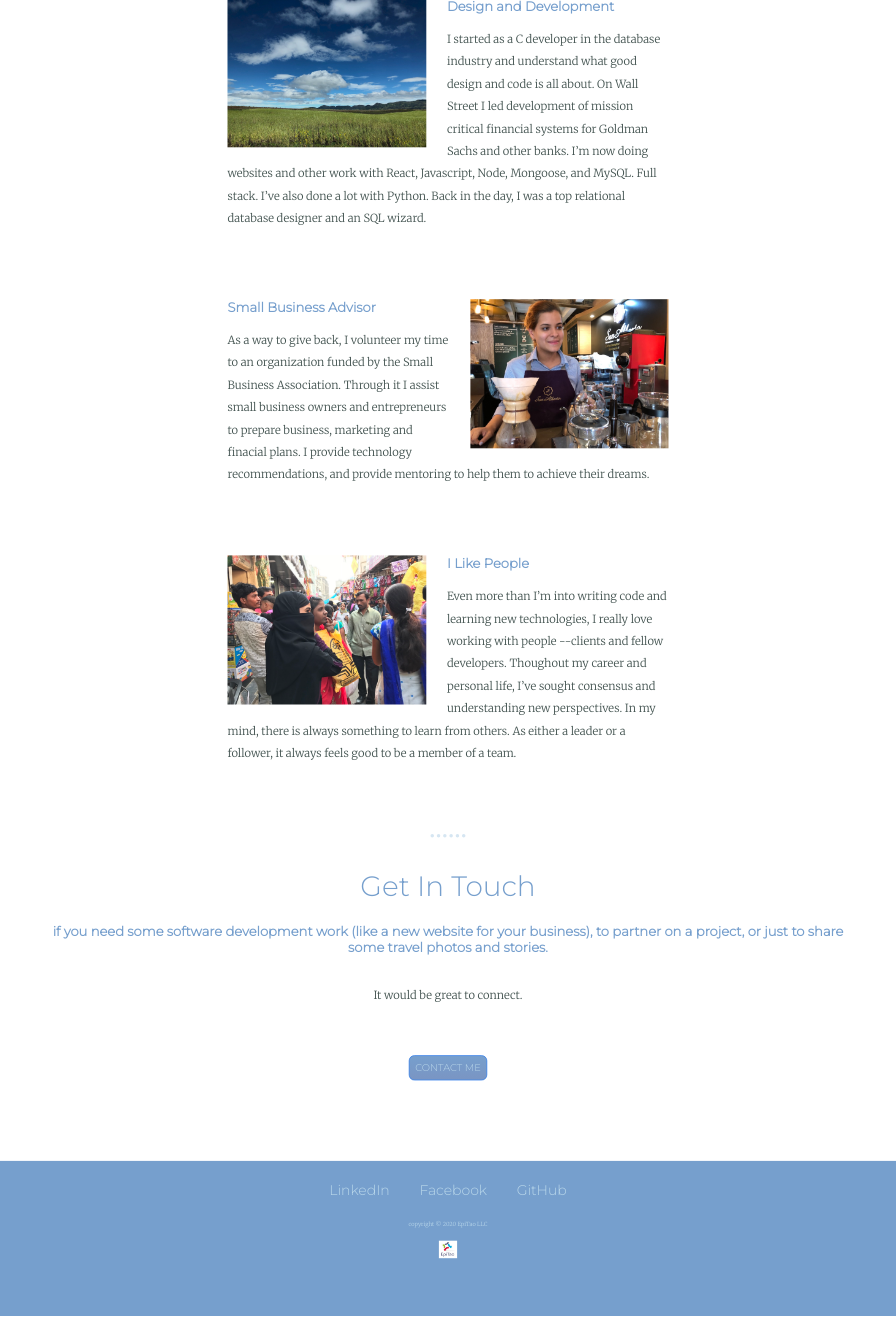
Repository: EpiTao-LLC/Personal_web_page
Page: index.html
These files come from the project's save history. The page is drawn as it stood at one moment and after the next save; the edit follows.
The browser window is 1280 px wide. The pictures show the part of the page from y = 2078 to 3998 px (the page is 3959 px tall before and 3998 px after), at 70% of full size.

Above is the page before, as saved 2021-08-13 17:11:03.

After the next save:
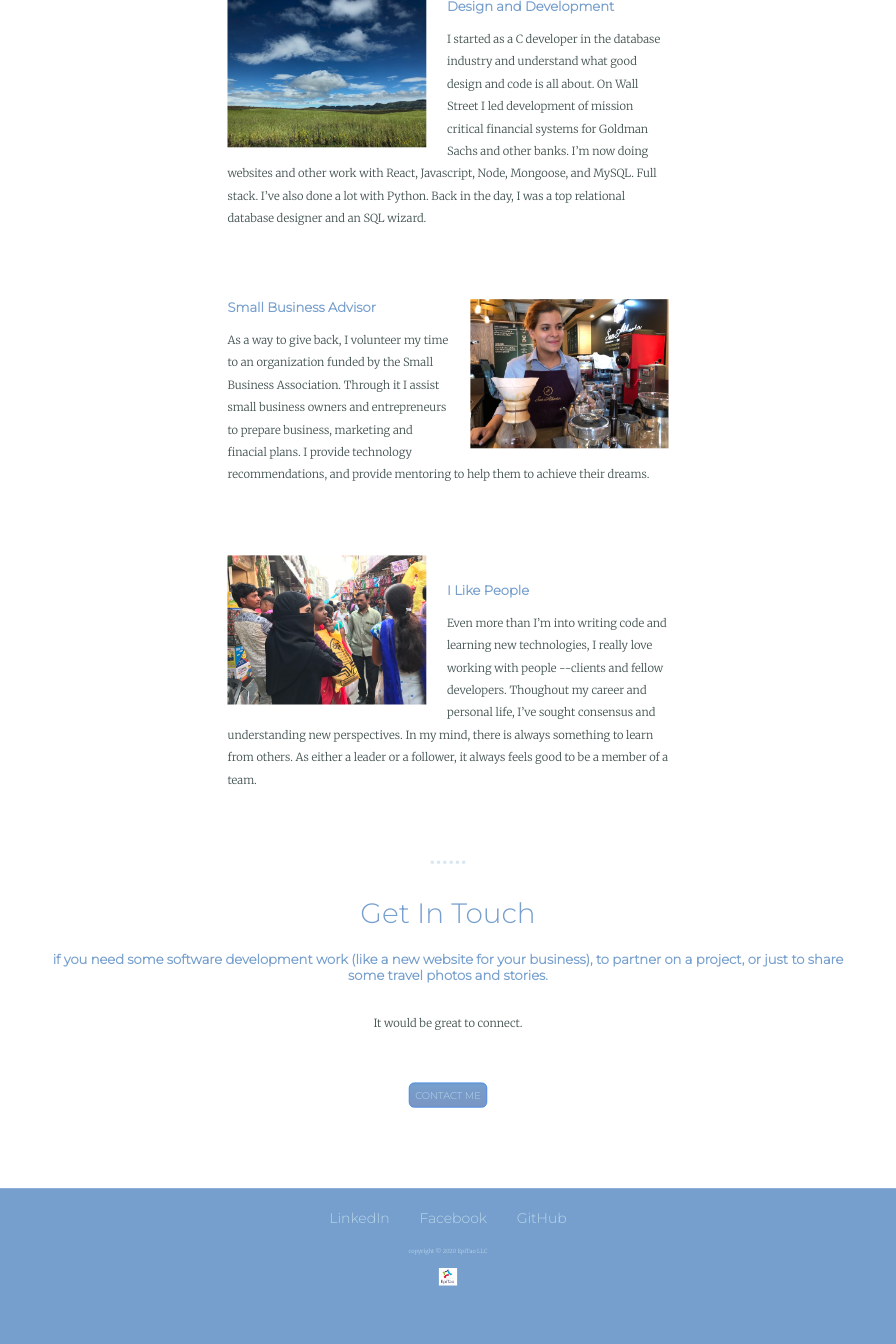
Saved 3 min 35 s later.
--- a/index.html
+++ b/index.html
@@ -81,7 +81,7 @@
             </p>
           </div>
           <div class="skill-row">
-            <img class="skills-img-3" src="images/People_pic_pune.JPEG" alt="Market in Pune, India picture">
+            <img class="skills-img-3" src="images/People_pic_pune.JPEG" alt="Market in Pune, India picture"><br>
             <h3 class="for-mobile">I Like People</h3>
             <p>Even more than I’m into writing code and learning new technologies, I really love working with people
               --clients and fellow developers.  Thoughout my career and personal life, I’ve sought consensus and understanding new perspectives.   In

After the save that followed:
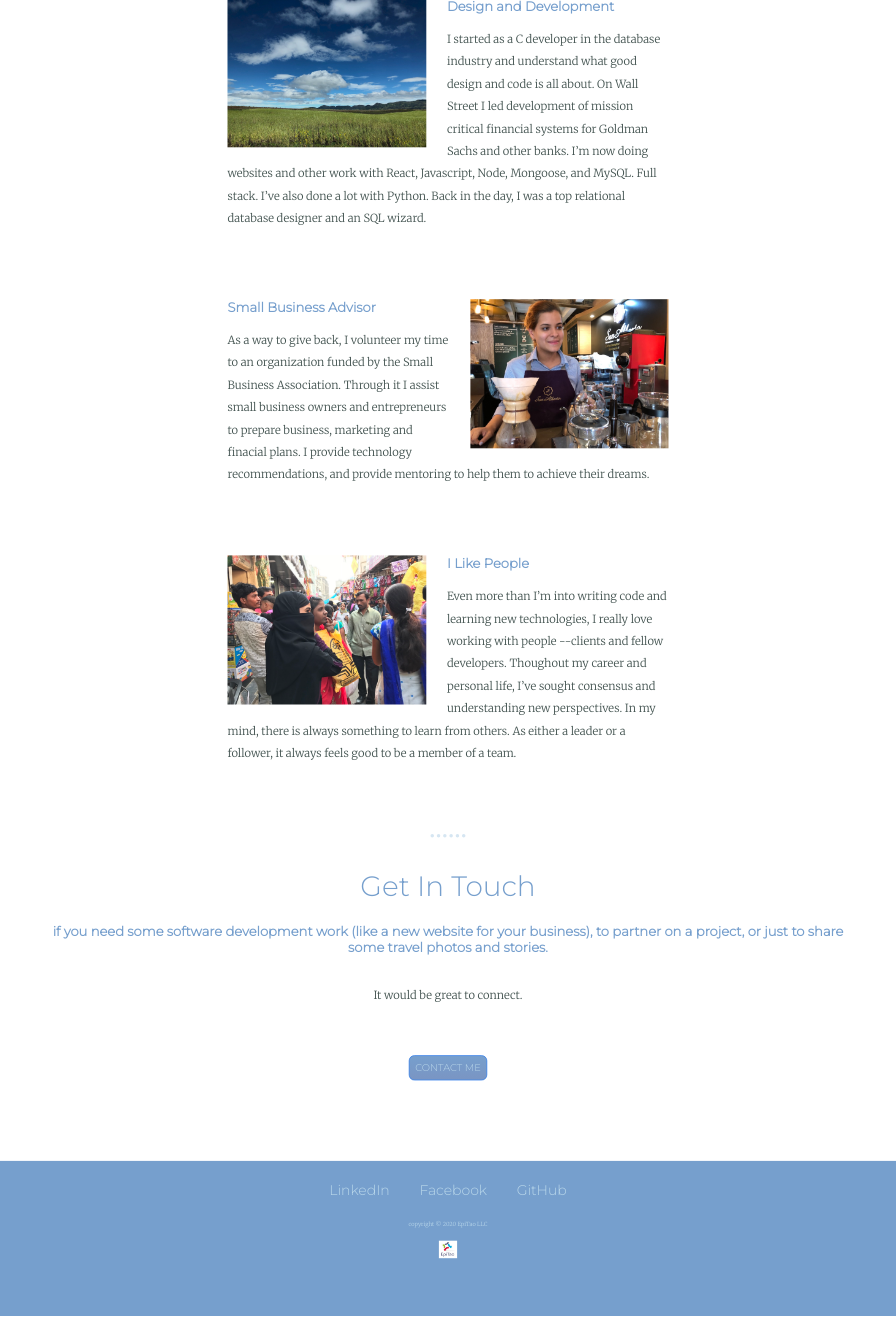
Saved 42 s later.
--- a/index.html
+++ b/index.html
@@ -81,7 +81,7 @@
             </p>
           </div>
           <div class="skill-row">
-            <img class="skills-img-3" src="images/People_pic_pune.JPEG" alt="Market in Pune, India picture"><br>
+            <img class="skills-img-3" src="images/People_pic_pune.JPEG" alt="Market in Pune, India picture">
             <h3 class="for-mobile">I Like People</h3>
             <p>Even more than I’m into writing code and learning new technologies, I really love working with people
               --clients and fellow developers.  Thoughout my career and personal life, I’ve sought consensus and understanding new perspectives.   In
